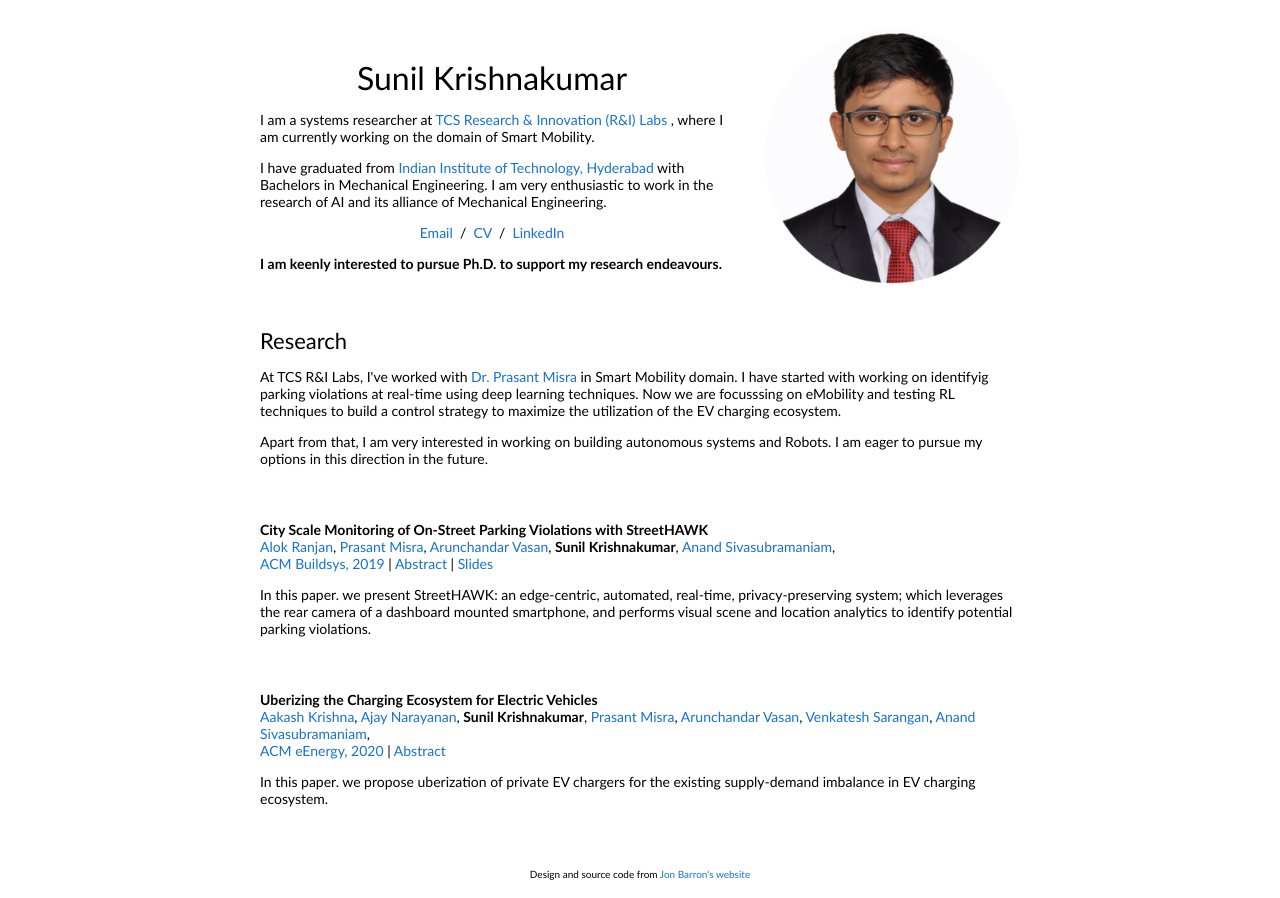
Repository: Sunil-KK/-
Page: index.html
An editor plug-in stored every save of this project. The page is shown before and after the next save, followed by the edit.
The browser window is 1280 px wide. The pictures show the whole page.

Above is the page before, as saved 2020-09-02 12:10:09.

After the next save:
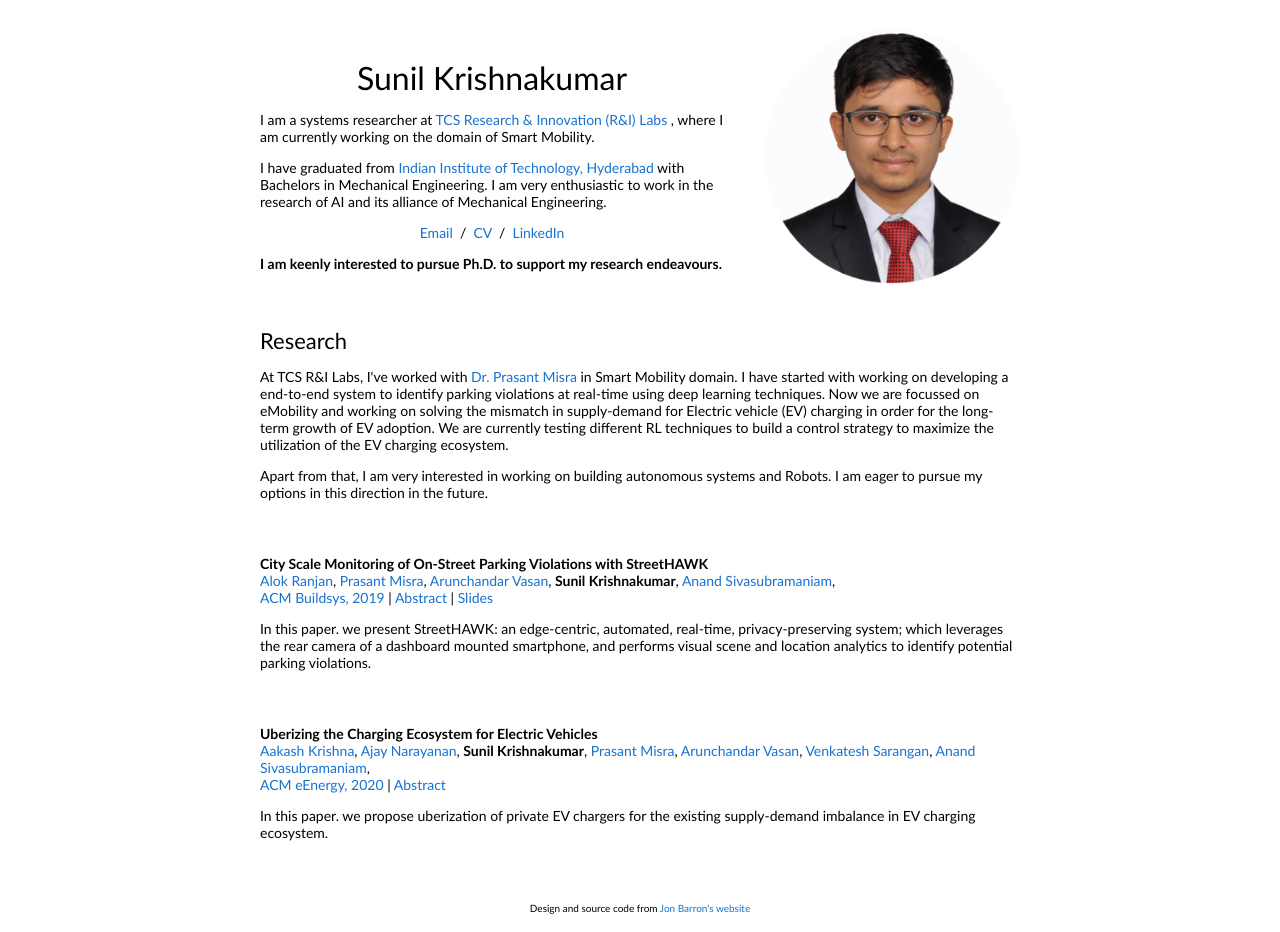
Saved 6 min 28 s later.
--- a/index.html
+++ b/index.html
@@ -58,9 +58,10 @@
               <heading>Research</heading>
               <p>
                  At TCS R&I Labs, I've worked with <a href="https://sites.google.com/site/prasantmisra">Dr. Prasant Misra</a> in Smart Mobility
-                 domain. I have started with working on identifyig parking violations at real-time using deep learning techniques. Now we are
-                 focusssing on eMobility and testing RL techniques to build a control strategy to maximize the utilization of the EV charging
-                 ecosystem.
+                 domain. I have started with working on developing a end-to-end system to identify parking violations at real-time using
+                 deep learning techniques. Now we are focussed on eMobility and working on solving the mismatch in supply-demand for Electric vehicle (EV)
+                 charging in order for the long-term growth of EV adoption. We are currently testing different RL techniques to build a control strategy
+                 to maximize the utilization of the EV charging ecosystem.
                 <!-- Representative papers are <span class="highlight">highlighted</span>. -->
               </p>
               <p>
